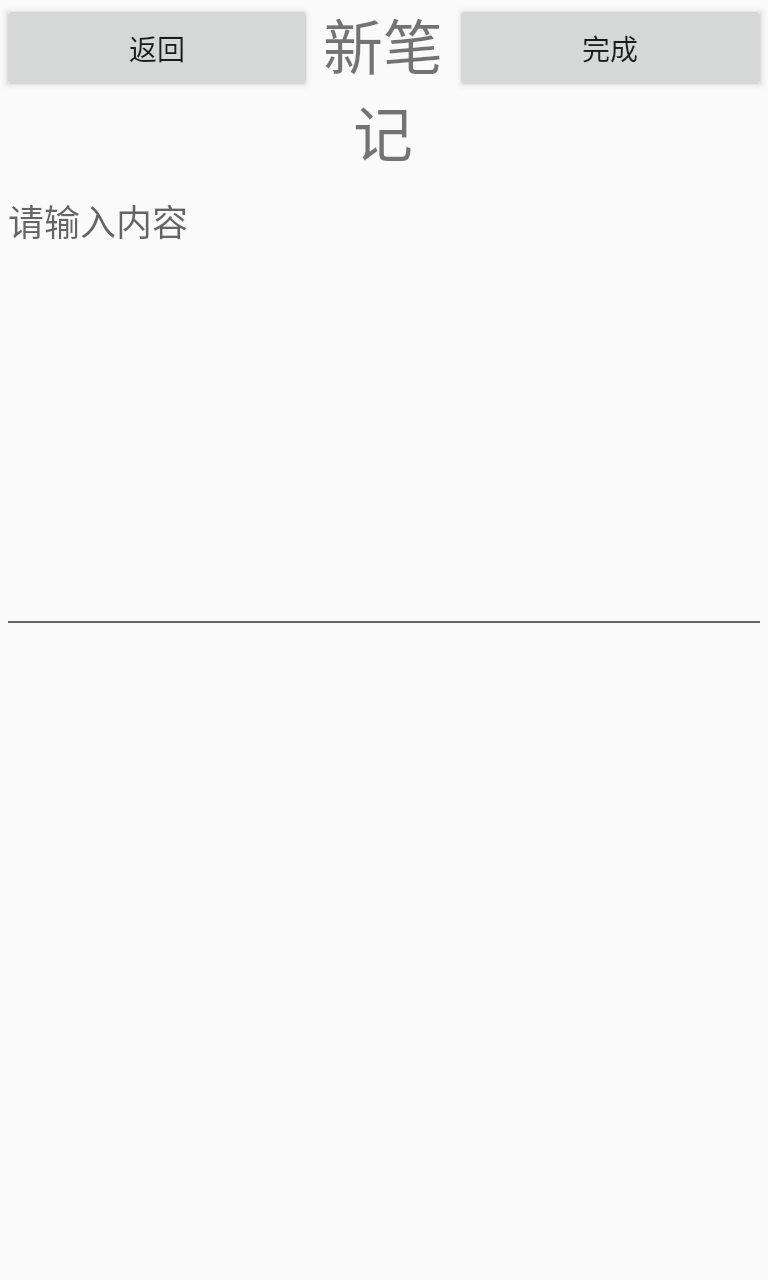
Repository: mxfpaul/Test
Layout: Note/MyNote2/res/layout/newnote.xml
An editor plug-in stored every save of this project. The layout is shown before and after the next save, followed by the edit.
It is drawn on a 768 x 1280 px phone screen (xhdpi) without system bars, with theme AppTheme; the app's code is not run.

Above is the layout before, as saved 2014-11-22 03:10:29.

After the next save:
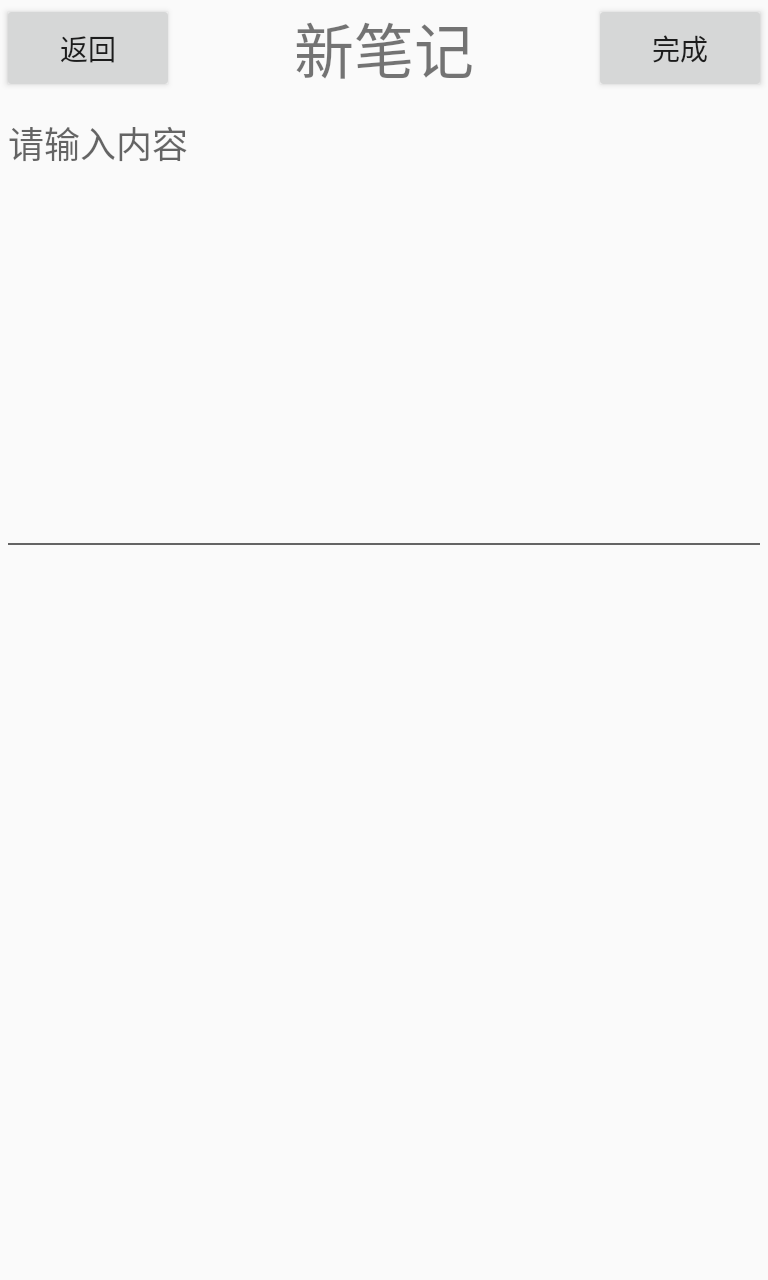
Saved 6 s later.
--- a/Note/MyNote2/res/layout/newnote.xml
+++ b/Note/MyNote2/res/layout/newnote.xml
@@ -13,7 +13,6 @@
             android:id="@+id/new_button_setting"
             android:layout_width="wrap_content"
             android:layout_height="wrap_content"
-            android:layout_weight="1"
             android:text="@string/new_button_text1" />
 
         <TextView
@@ -30,7 +29,6 @@
             android:id="@+id/new_button_new"
             android:layout_width="wrap_content"
             android:layout_height="wrap_content"
-            android:layout_weight="1"
             android:text="@string/new_button_text2" />
     </LinearLayout>
 
